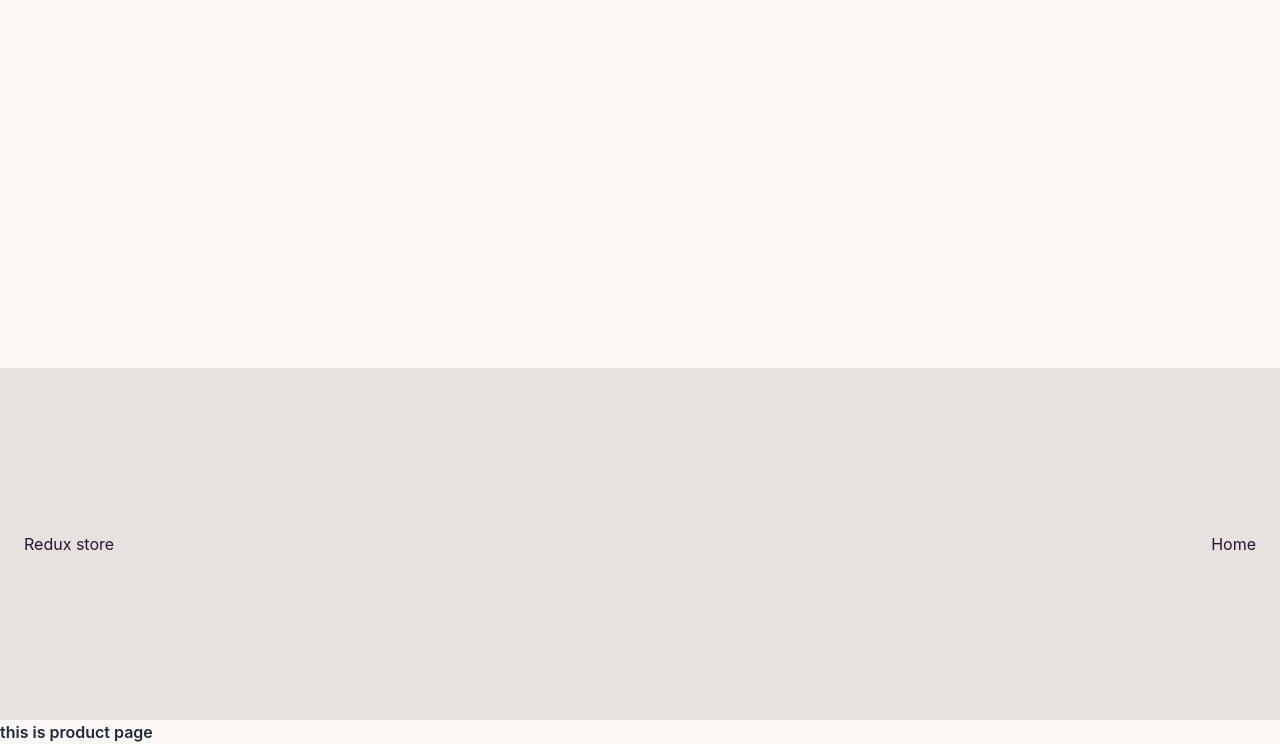
Repository: Tanvir3744/admin-portal
Page: /
These files come from the project's save history. The page is drawn as it stood at one moment and after the next save; the edit follows.
The browser window is 1280 px wide. The pictures show the whole page.
The project was rebuilt for these pictures with package versions that can differ from the ones it lists, and the page was loaded fresh each time.

Above is the page before, as saved 2022-07-22 20:19:04.

After the next save:
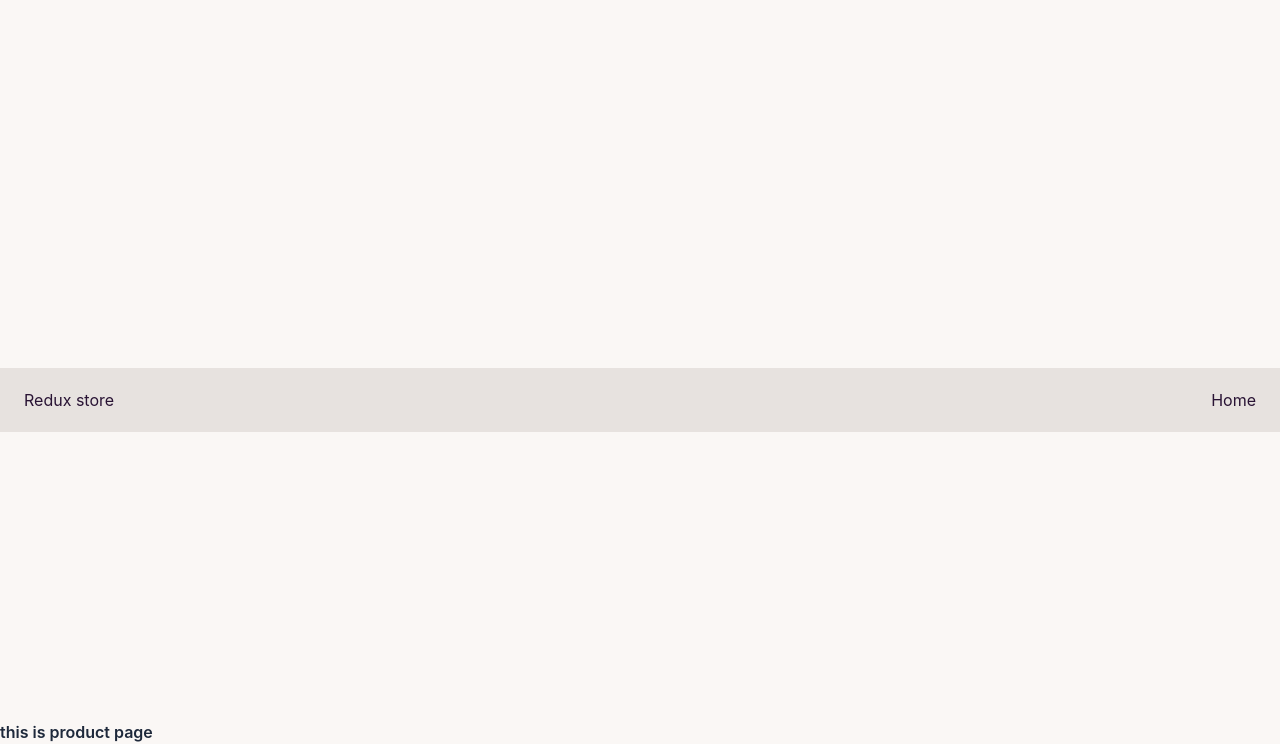
Saved 18 s later.
--- a/src/components/Header/Header.js
+++ b/src/components/Header/Header.js
@@ -8,24 +8,24 @@ const Header = () => {
         <div>
             <div class="drawer">
                 <input id="my-drawer-3" type="checkbox" class="drawer-toggle" />
+                <div class="flex flex-col">
 
-
-                <div class="w-full navbar bg-base-300">
-                    <div class="flex-none lg:hidden">
-                        <label for="my-drawer-3" class="btn btn-square btn-ghost">
-                            <svg xmlns="http://www.w3.org/2000/svg" fill="none" viewBox="0 0 24 24" class="inline-block w-6 h-6 stroke-current"><path stroke-linecap="round" stroke-linejoin="round" stroke-width="2" d="M4 6h16M4 12h16M4 18h16"></path></svg>
-                        </label>
-                    </div>
-                    <div class="flex-1 px-2 mx-2">
-                        Redux store
-                    </div>
-                    <div class="flex-none hidden lg:block">
-                        <ul class="menu menu-horizontal">
-                            {menuItem}
-                        </ul>
+                    <div class="w-full navbar bg-base-300">
+                        <div class="flex-none lg:hidden">
+                            <label for="my-drawer-3" class="btn btn-square btn-ghost">
+                                <svg xmlns="http://www.w3.org/2000/svg" fill="none" viewBox="0 0 24 24" class="inline-block w-6 h-6 stroke-current"><path stroke-linecap="round" stroke-linejoin="round" stroke-width="2" d="M4 6h16M4 12h16M4 18h16"></path></svg>
+                            </label>
+                        </div>
+                        <div class="flex-1 px-2 mx-2">
+                            Redux store
+                        </div>
+                        <div class="flex-none hidden lg:block">
+                            <ul class="menu menu-horizontal">
+                                {menuItem}
+                            </ul>
+                        </div>
                     </div>
                 </div>
-
                 <div class="drawer-side">
                     <label for="my-drawer-3" class="drawer-overlay"></label>
                     <ul class="menu p-4 overflow-y-auto w-80 bg-base-100">
